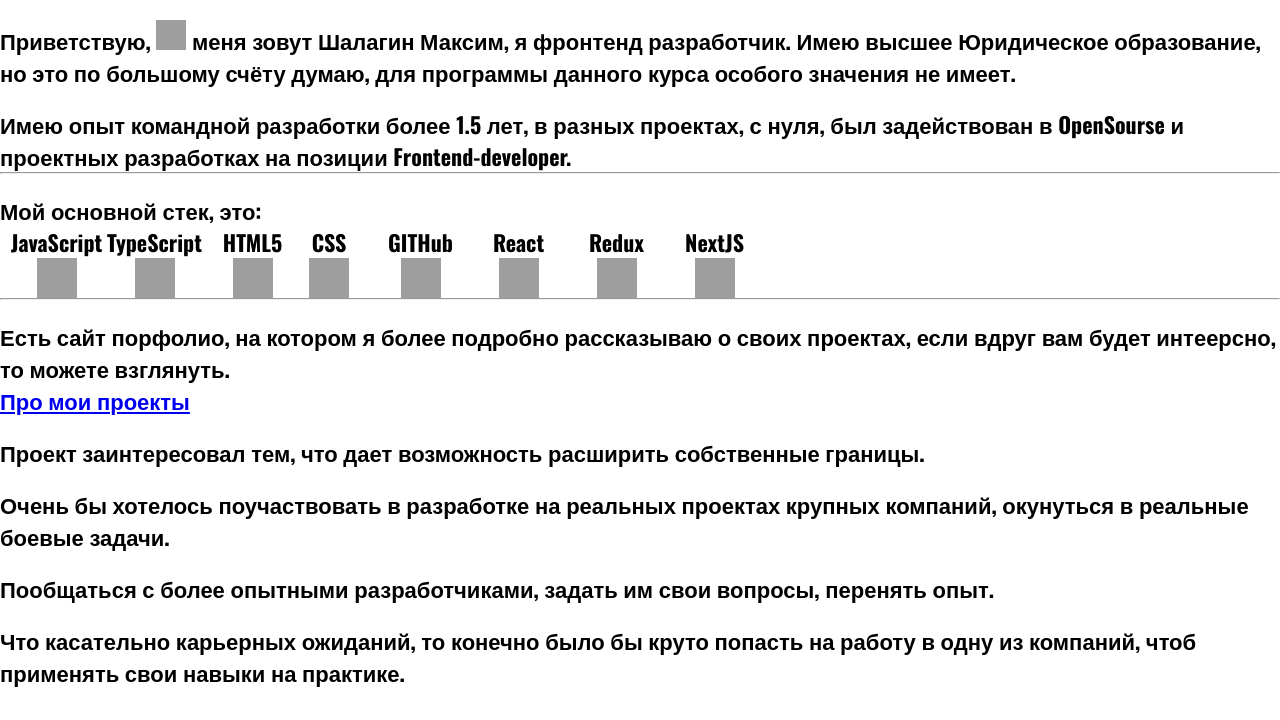
Repository: ni4egonepridumal/letter
Page: index.html
The author's editor kept a copy of each file at every save. The page is drawn from the files as they stood at one save, then again after the next save.
The browser window is 1280 px wide. The pictures show the whole page.
Pictures or frames that could not be fetched are drawn as grey boxes.

Above is the page before, as saved 2024-01-18 17:39:38.

### index.html
<!DOCTYPE html>
<html lang="en">
  <head>
    <meta charset="UTF-8" />
    <meta name="viewport" content="width=device-width, initial-scale=1.0" />
    <link rel="stylesheet" href="style.css" />
    <link rel="preconnect" href="https://fonts.googleapis.com" />
    <link rel="preconnect" href="https://fonts.gstatic.com" crossorigin />
    <link
      href="https://fonts.googleapis.com/css2?family=Oswald:wght@200..700&display=swap"
      rel="stylesheet"
    />
    <title>Document</title>
  </head>
  <body>
    <div class="container">
      <p>
        Приветствую,
        <span>
          <img
            src="https://upload.wikimedia.org/wikipedia/commons/thumb/1/17/Noto_Emoji_Pie_1f44b_1f3fb.svg/1024px-Noto_Emoji_Pie_1f44b_1f3fb.svg.png"
            width="30"
            height="30"
            alt="smile"
          /> </span
        >меня зовут Шалагин Максим, я фронтенд разработчик. Имею высшее
        Юридическое образование, но это по большому счёту думаю, для программы
        данного курса особого значения не имеет.
      </p>
      <p>
        Имею опыт командной разработки более 1.5 лет, в разных проектах, с нуля,
        был задействован в OpenSourse и проектных разработках на позиции
        Frontend-developer.
      </p>

      <hr />
      <p>Мой основной стек, это:</p>
      <div class="myScills">
        <div class="img">
          <label>JavaScript</label
          ><img
            src="https://raw.githubusercontent.com/devicons/devicon/master/icons/javascript/javascript-original.svg"
            alt="javascript"
            width="40"
            height="40"
          />
        </div>
        <div class="img">
          <label>TypeScript</label
          ><img
            src="https://raw.githubusercontent.com/devicons/devicon/master/icons/typescript/typescript-original.svg"
            alt="typescript"
            width="40"
            height="40"
          />
        </div>
        <div class="img">
          <label>HTML5</label
          ><img
            src="https://raw.githubusercontent.com/devicons/devicon/master/icons/html5/html5-original-wordmark.svg"
            alt="html5"
            width="40"
            height="40"
          />
        </div>
        <div class="img_css">
          <label>CSS</label
          ><img
            src="https://raw.githubusercontent.com/devicons/devicon/master/icons/css3/css3-original-wordmark.svg"
            alt="css3"
            width="40"
            height="40"
          />
        </div>
        <div class="img">
          <label>GITHub</label
          ><img
            src="https://raw.githubusercontent.com/devicons/devicon/master/icons/github/github-original.svg"
            alt="git"
            width="40"
            height="40"
          />
        </div>
        <div class="img">
          <label>React</label
          ><img
            src="https://raw.githubusercontent.com/devicons/devicon/master/icons/react/react-original-wordmark.svg"
            alt="react"
            width="40"
            height="40"
          />
        </div>
        <div class="img">
          <label>Redux</label
          ><img
            src="https://raw.githubusercontent.com/devicons/devicon/master/icons/redux/redux-original.svg"
            alt="redux"
            width="40"
            height="40"
          />
        </div>
        <div class="img">
          <label>NextJS</label
          ><img
            src="https://cdn.worldvectorlogo.com/logos/nextjs-2.svg"
            alt="nextjs"
            width="40"
            height="40"
          />
        </div>
      </div>
      <hr />

      <p>
        Есть сайт порфолио, на котором я более подробно рассказываю о своих
        проектах, если вдруг вам будет интеерсно, то можете взглянуть.
      </p>
      <a href="https://portfolio-three-taupe-20.vercel.app/">Про мои проекты</a>
      <p>
        Проект заинтересовал тем, что дает возможность расширить собственные
        границы.
      </p>
      <p>
        Очень бы хотелось поучаствовать в разработке на реальных проектах
        крупных компаний, окунуться в реальные боевые задачи.
      </p>
      <p>
        Пообщаться с более опытными разработчиками, задать им свои вопросы,
        перенять опыт.
      </p>
      <p>
        Что касательно карьерных ожиданий, то конечно было бы круто попасть на
        работу в одну из компаний, чтоб применять свои навыки на практике.
      </p>
    </div>
  </body>
</html>

### style.css
* {
  margin: 0;
  padding: 0;
  box-sizing: border-box;
}

body {
  font-size: 22px;
  font-weight: 700;
  font-family: "Oswald", sans-serif;
}
p {
  margin-top: 20px;
}
.container {
  max-width: 1600px;
  margin: 0 auto;
}
.myScills {
  display: flex;
  flex-wrap: wrap;
}
.img {
  width: 83px;
  display: flex;
  justify-content: center;
  flex-wrap: wrap;
  margin-left: 15px;
}
.img_css {
  width: 70px;
  display: flex;
  justify-content: center;
  flex-wrap: wrap;
}

After the next save:
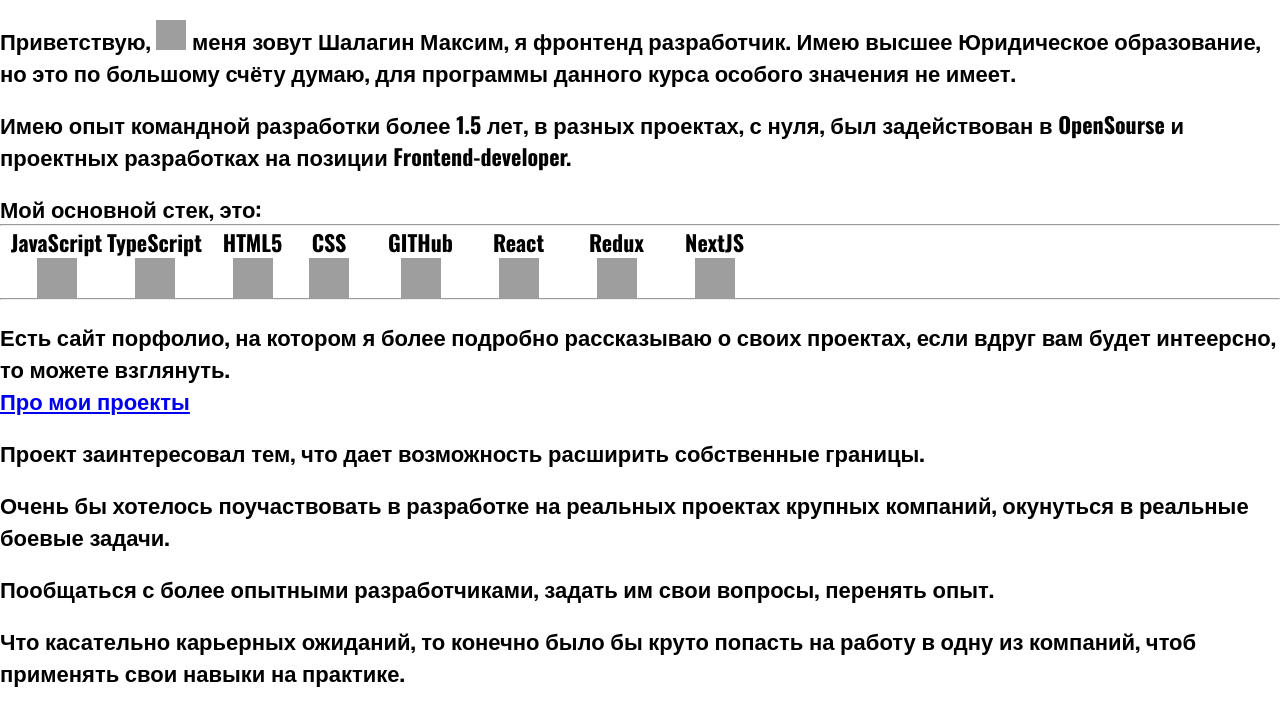
Saved 16 s later.
--- a/index.html
+++ b/index.html
@@ -32,9 +32,9 @@
         был задействован в OpenSourse и проектных разработках на позиции
         Frontend-developer.
       </p>
+      <p>Мой основной стек, это:</p>
+      <hr />
 
-      <hr />
-      <p>Мой основной стек, это:</p>
       <div class="myScills">
         <div class="img">
           <label>JavaScript</label
